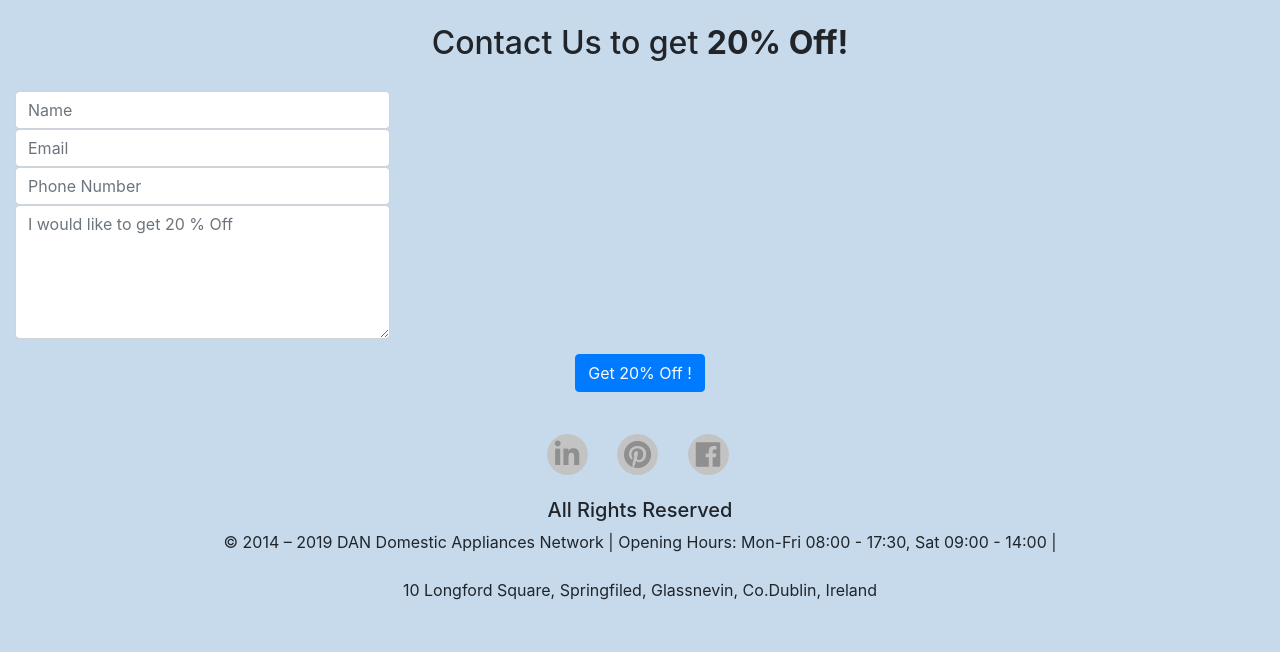
Repository: martynapacula/project-one
Page: index.html
The author's editor kept a record of every edit. The page is drawn from the files as they stood at one moment, then again after the next edit.
The browser window is 1280 px wide. The pictures show the part of the page from y = 4134 to 4810 px (the page is 4786 px tall before and 4810 px after).
A picture or video elsewhere on the page could not be fetched, so the positions and the page height are approximate.

Above is the page before.

### index.html
<!DOCTYPE html>
<html lang="en">

<head>
  <meta charset="UTF-8">
  <meta name="viewport" content="width=device-width, initial-scale=1.0">
  <meta http-equiv="X-UA-Compatible" content="ie=edge">
  <link rel="stylesheet" href="https://stackpath.bootstrapcdn.com/bootstrap/4.3.1/css/bootstrap.min.css" type="text/css" />
  <link rel="stylesheet" href="https://stackpath.bootstrapcdn.com/font-awesome/4.7.0/css/font-awesome.min.css" type="text/css" />
  <link rel="stylesheet" href="https://cdnjs.cloudflare.com/ajax/libs/font-awesome/4.7.0/css/font-awesome.min.css">
  <link rel="stylesheet" href="https://use.fontawesome.com/releases/v5.7.0/css/all.css" integrity="sha384-lZN37f5QGtY3VHgisS14W3ExzMWZxybE1SJSEsQp9S+oqd12jhcu+A56Ebc1zFSJ" crossorigin="anonymous">
  <link rel="stylesheet" href="style.css">
  <title>Delivery Appliance Network</title>
</head>

<body>

  <section>
    <header>
      <!-------------------------------------------------------------------Navbar------>
      <nav class="navbar navbar-expand-lg navbar-light bg-light">
        <a style="color:white" class="navbar-brand" href="#jumbotron">DAN</a>
        <button class="navbar-toggler" type="button" data-toggle="collapse" data-target="#navbarText" aria-controls="navbarText" aria-expanded="false" aria-label="Toggle navigation">
    <span class="navbar-toggler-icon"></span>
  </button>
        <div class="collapse navbar-collapse" id="navbarText">
          <ul class="navbar-nav mr-auto">
            <li class="nav-item active">
              <a style="color:white" class="nav-link" href="#services">Services <span class="sr-only">(current)</span></a>
            </li>
            <li class="nav-item">
              <a style="color:white" class="nav-link" class='page-scroll' href="#aboutus">About Us</a>
            </li>
            <li class="nav-item">
              <a style="color:white" class="nav-link" class='page-scroll' href="#DIY">Do It Yourself</a>
            </li>
            <li class="nav-item">
              <a style="color:white" class="nav-link" class='page-scroll' href="#review">Testimonials</a>
            </li>

          </ul>
          <span style="color:white" class="navbar-text">
      Call Us now ! 0860300662
    </span>
        </div>
      </nav>
    </header>
  </section>

  <!-----Jumbotron------>
  <section id="jumbotron" class="callout jumbotron text-center">
    <div class="container-fluid callout-container">
      <div class="jumbotron">
        <h1 class="display-4 dan-front">
          <center>Domestic Appliances Network</center>
        </h1>
        <p class=" dan-front-text">Experience, Services and High Quality Appliances Delivered Straight to Your Doorstep</p>
        <hr class="my-4">
        <a class="btn btn-primary btn-lg" href="#contactnav" role="button">Get 20% Off</a>
      </div>
    </div>

  </section>


    <!----------------About Us--------------------------------------->

  <section id="aboutus" class='container-fluid bg-about'>
    <div class="row ">
      <div class="col">
        <div>
          <h1 class='heading'>
            About Us
          </h1>
          </div>
          <div class='about-position'>
           <img src="image/DAN3.jpg" class='img-about' alt="Daniel">
           <p  class='about-position' class='text-about'>
              Our team is fully qualified and and insured.
              <br> We have over 10 years of experience in repair of various domestic and commercial appliances.
              <br> Our team is proud and dedicated to provide excellent and fast service across all Dublin areas.
              <br>We provide additional services such as installation, exchange and delivery of all appliances.
            </p>
          </div>
        <div>
          <h2 class="map-text  about-position map-block">We cover North and South Dublin !</h2>
          <iframe class="map about-position map-block" src="https://www.google.com/maps/embed?pb=!1m18!1m12!1m3!1d152515.98634570363!2d-6.385788728975394!3d53.32423806473198!2m3!1f0!2f0!3f0!3m2!1i1024!2i768!4f13.1!3m3!1m2!1s0x48670e80ea27ac2f%3A0xa00c7a9973171a0!2sDublin!5e0!3m2!1sen!2sie!4v1561494702558!5m2!1sen!2sie"
            frameborder="0" style="border:0" allowfullscreen></iframe>

        </div>
      </div>
    </div>
</section>

  <!--------------------------Services--------------------------->

  <section id="services" class='container-fluid bg-service'>
    <div class="row ">
      <div class="col">
        <div>
          <h1 class='heading'>
            Our Services
          </h1>
        </div>
        <div class="service-comment mobile-service">
          <i class="fas fa-tools"> </i>
          <h3>Repair</h3>
          <p> We repair washing machines, dishwashers, ovens, dryers and many more </p>
        </div>

        <div class="service-comment mobile-service">
          <i class="fas fa-cogs "></i>
          <h3>Installation</h3>
          <p> We can instal washing machines, dishwashers, ovens, dryers into your kitchen </p>
        </div>

        <div class="service-comment mobile-service">
          <i class="fas fa-dolly "></i>
          <h3>Delivery</h3>
          <p> We deliver to all parts of Dublin area </p>

        </div>

      </div>
    </div>
  </section>

  <!----------------Our DIY --------------------------------------->
  <section id="DIY" class='container-fluid bg-about'>
    <div class="row ">
      <div class="col">
        <div class='heading'>
          <h1>
            <strong> Do It Yourself !</strong>
          </h1>
          <div>
            <div class='diy-p'>
              <p>
                <center>Checkout very helpful videos and a podcasts on the most popular errors that may occur in your everyday appliances.<br> You might repair it by yourself at home !</center>
              </p>
            </div>
            <div>
              <iframe width="90%" height="auto" src="https://www.youtube.com/embed/wUL5Wb1T71c" frameborder="0" allow="accelerometer; autoplay; encrypted-media; gyroscope; picture-in-picture" allowfullscreen class='video'></iframe>
            </div>
            <div class='diy-p'>
              <p>
                <center>Listen to the podcast entitled 'Which Washer should I buy' from Fixitnow.com Appliance Repair Radio !</center>
              </p>

            </div>
            <div>
              <audio controls class='audio-bar'>
  <source  src="http://podcast.fixitnow.com/farr/Media/FARR-17.m4a" type="audio/ogg">
  <source  src="http://podcast.fixitnow.com/farr/Media/FARR-17.m4a" type="audio/mpeg">

</audio>
            </div>

  </section>

  <!----------------Testimonials--------------------------------------->
  <section id="review" class='container-fluid bg-service'>
    <div class="row ">
      <div class="col">
        <div class='heading'>
          <h1>
            Testimonials
          </h1>
        </div>
        <div class="quote quote-media">
          <div>
            <img class="womanimage" style="" src="https://i.pinimg.com/564x/27/c0/1f/27c01fb3d8db345476c7d8c1b1731c27.jpg"></img>
          </div>
          <div class="margaret" style="">
            <h3>-Margaret</h3>
            <p class='benjamin-p'> I am delighted with Domestic Appliance Network.<br> My washing machine was leaking, engineer that came over was professional and knowledgeable.<br> He even cleaned dirty and smelly tubes inside the machine ! Great service DAN keep it up !</p>
          </div>
        </div>
        <div class='quote quote-media'>
          <div>
            <img class="manimage" style="" src="https://i.pinimg.com/564x/d0/59/fa/d059fae82fae1c14e66fe1e7111af253.jpg"></img>
          </div>
          <div class="benjamin" style=''>
            <h3>-Benjamin</h3>
            <p class='benjamin-p'> I would highly recommend Domestic Appliance Network. <br> My dishwasher was repaired within 24 hrs. Very compeditive prices.<br>
            </p>
          </div>
        </div>
      </div>
    </div>

    <!----------------Contact Us--------------------------------------->

    <section class="contact" id="contactnav" class='container-fluid bg-service'>

      <img width='100%' height='auto' class="background-contact" scr="" </img>

      <div class='heading'>
        <h2>
         Contact Us to get <strong> 20% Off!</strong>
        </h2>
      </div>
                    <form width='50%'>
                        <input type="text" name="name" id='fullname' class='form-control' placeholder='Name' required/>
                        <input type="email" name="email" id='emailadress' class='form-control' placeholder='Email' required/>
                        <input type="number" name="number" id='number' class='form-control' placeholder='Phone Number' required/>
                        <textarea rows='5' name="date-venue" id='date-venue' class='form-control' placeholder='I would like to get 20 % Off' required></textarea>
                        <div class="form-row text-center">
                            <div class="col">
                                <button type='submit' class='btn btn-primary'>Get 20% Off !</button>
                            </div>
                        </div>
                    </form>
                </div>
            </div>
        </div>
    </section>


    <footer>
      <div class="container">
        <div class="row foot">
          <div class="col-xs-12 col-sm-12 icons">
            <a href="https://www.linkedin.com" target="_blank"><i class="logo fab fa-linkedin-in alignment"></i></a>
            <a href="https://www.pinterest.com" target="_blank"><i class="logo fab fa-pinterest alignment"></i>
            <a href="https://www.facebook.com" target="_blank"><i class="logo fab fa-facebook  alignment"></i></a>
          </div>
        </div>
      </div>
      <h5>
        <center>All Rights Reserved</center>
      </h5>
      <h7 <br><center> © 2014 – 2019 DAN Domestic Appliances Network | Opening Hours: Mon-Fri 08:00 - 17:30, Sat 09:00 - 14:00 | </center> </7>
      <br> <center>10 Longford Square, Springfiled, Glassnevin, Co.Dublin, Ireland </center> </h7>



    </footer>






    <script src="https://code.jquery.com/jquery-3.3.1.slim.min.js " integrity="sha384-q8i/X+965DzO0rT7abK41JStQIAqVgRVzpbzo5smXKp4YfRvH+8abtTE1Pi6jizo " crossorigin="anonymous "></script>
    <script src="https://cdnjs.cloudflare.com/ajax/libs/popper.js/1.14.3/umd/popper.min.js " integrity="sha384-ZMP7rVo3mIykV+2+9J3UJ46jBk0WLaUAdn689aCwoqbBJiSnjAK/l8WvCWPIPm49 " crossorigin="anonymous "></script>
    <script src="https://stackpath.bootstrapcdn.com/bootstrap/4.1.3/js/bootstrap.min.js " integrity="sha384-ChfqqxuZUCnJSK3+MXmPNIyE6ZbWh2IMqE241rYiqJxyMiZ6OW/JmZQ5stwEULTy " crossorigin="anonymous "></script>
</body>

</html>

### style.css
/*---------------Navbar------------*/

.bg-light {
    background-color: #3B7EC0!important;
}

/*-----------background-----------*/

.callout-container {


    background: url(https://i.pinimg.com/564x/cd/ba/aa/cdbaaa7fb8f201ebf291ccb854a77ae5.jpg);
    background-repeat: no-repeat;
    background-position: center;
    -moz-background-size: cover;
    -webkit-background-size: cover;
    -o-background-size: cover;
    background-size: cover;
    width: -webkit-fill-available;
    height: -webkit-fill-available;
    padding-top: 100px;
}

.opaque-overlay {
    position: absolute;
    top: 0;
    left: 0;
    height: 100%;
    width: 100%;
    background-color: rgba(0, 0, 0, 0.5);
}

.jumbotron {
    background-color: transparent;
    padding: 0;
    margin: 0px;
}

.jumbotron h1 {
    color: Black;
    font-weight: bold;
    margin-bottom: 30px;

}

.navbar {
    position: fixed;
    top: 0;
    width: 100%;
    z-index: 1;
}

.dan-front {
    text-shadow: -1px 0 white, 0 1px white, 1px 0 white, 0 -1px;
}

.dan-front-text {
    font-size: 30px;
    font-weight: 900;
}

/*-----------Our Services-----------*/

.heading {
    text-align: center;
    font-weight: bold;
    padding: 20px 0px;


}

.bg-service {
    background-color: #c7daec;
    padding-bottom: 50px;
}


.service-comment {
    display: inline-table;
    height: auto;
    width: auto;
    max-width: 32%;
    text-align: center;
    font-size: 30px;
}




@media (max-width: 576px) {
    .mobile-service {
        display: block;
        width: 100%;
        height: auto;
        text-align: center;
        max-width: 100%;
        padding: 20px 0px;
    }
}


.fas {
    font-size: 50px;
    padding-bottom: 20px;

}

/*-----------About Us-----------*/

.about-position {
     display: inline-table;
}




.img-about {
    vertical-align: middle;
    border-style: none;
    height: auto;
    border-radius: 25px;
    width: 30%;
}



.bg-about {
    background-color: #F0F2F3;
}

.text-about {
    text-align: center;
    padding-top: 50px;
    font-size: 30px;

}

.map {

    border-radius: 15px;
    display: block;
    padding-top: 50px;
    width: 100%;
    padding-bottom: 30px;
    height: 500px;
}

.map-text {
    float: left;
    display: block;
    padding-top: 20px;
    width: 100%;
    text-align: center;
}



/*-----------DIY-----------*/

.audio-bar {
    width: 40%;

}

.video {
    min-height: 400px;
}

.diy-p {
    font-size: 25px;
}

/*-----------Testimonials-----------*/

.quote {

    text-align: center;
}

.womanimage {
    border-radius: 50%;

}


.manimage {
    border-radius: 50%;
}

.benjamin {
    padding-top: 80px;

}

.benjamin-p {
    display: grid;
    padding-left: 30px;
    font-size: 30px;
    padding-bottom: 50px;
}

.margaret {
    padding-top: 40px;

}


@media (max-width: 576px) {

    .quote-media {
        display: block;
        width: 100%;
        height: auto;
    }

}

/*-----------Contact Us-----------*/



 .contact-heading {
  font-weight: 600;
  margin-top: 25px;
  margin-bottom: 20px;
  color: #edf302;
 }

 .center-form {
  padding-top: 10px;
  margin: 0 auto;
  max-width: 70%;
 }

 button[type='submit'] {
  margin-top: 15px;
  margin-bottom: 20px;
  color: #fafafa;
  background-color: #007bff;
 }

 .uppercase {
  text-transform: uppercase;
 }

 .centered-contact {
 padding-top: 30px;
  text-shadow: -1px 0 black, 0 1px black, 1px 0 black, 0 -1px black;
 }

.form-control {
width: 30%;
}





/*-----------Footer-----------*/

.container {
    alignment-baseline: central;
}

footer {
    border-color: transparent;
    text-align: center;
}

.foot {
    margin-bottom: 20px;
    padding-top: 20px;
}

a {
    padding: 5px 15px 5px 10px;
    background-color: transparent;
}

.alignment {
    line-height: 2px;
}

.logo {
    display: inline-block;

    background-color: #C3C3C3;
    color: #8F8F8F;
    width: 41px;
    height: 41px;
    padding: 20px 0;
    border-radius: 50%;
    font-size: 28px;
    text-align: center;
    vertical-align: middle;
    transition: all .3s ease-in-out;
    -moz-transition: all .3s ease-in-out;
    -webkit-transition: all .3s ease-in-out;
    margin-top: 2.5px;
    margin-bottom: 2.5px;

}

logo:hover {
    color: #564F6F;

}

After the next edit:
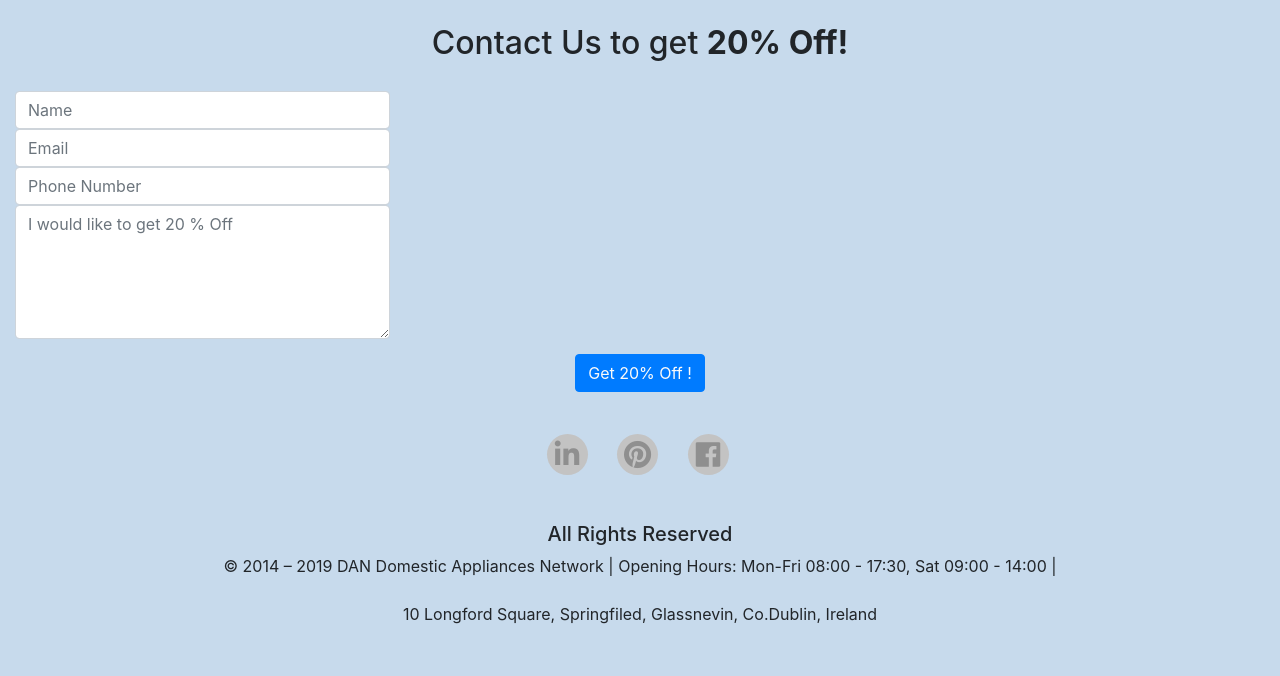
The edit:
--- a/index.html
+++ b/index.html
@@ -228,7 +228,7 @@
         </div>
       </div>
       <h5>
-        <center>All Rights Reserved</center>
+        <br> <center>All Rights Reserved</center>
       </h5>
       <h7 <br><center> © 2014 – 2019 DAN Domestic Appliances Network | Opening Hours: Mon-Fri 08:00 - 17:30, Sat 09:00 - 14:00 | </center> </7>
       <br> <center>10 Longford Square, Springfiled, Glassnevin, Co.Dublin, Ireland </center> </h7>
